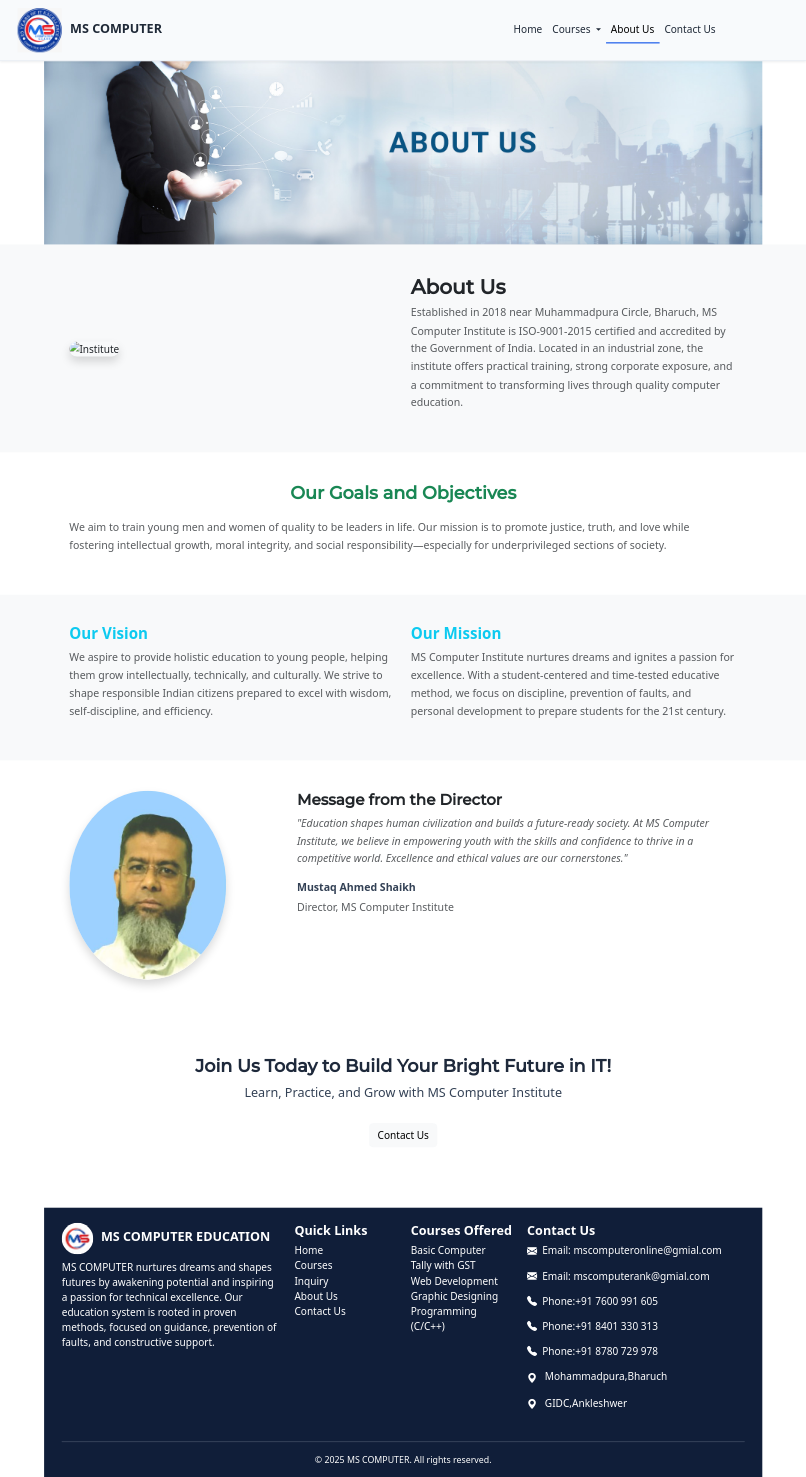
Repository: mscomputer2025/mscomputer
Page: http://localhost/aboutus
These files come from the project's save history. The page is drawn as it stood at one moment and after the next save; the edit follows.
The browser window is 1280 px wide. The pictures show the whole page, at 63% of full size.
Some web fonts or font styles are not loaded; a fallback is used. The page is served by the project's Laravel application, run on PHP 8.4 with Laravel 12. Queries for data that is not in the repository find no rows.

Above is the page before, as saved 2025-07-04 17:48:25.

After the next save:
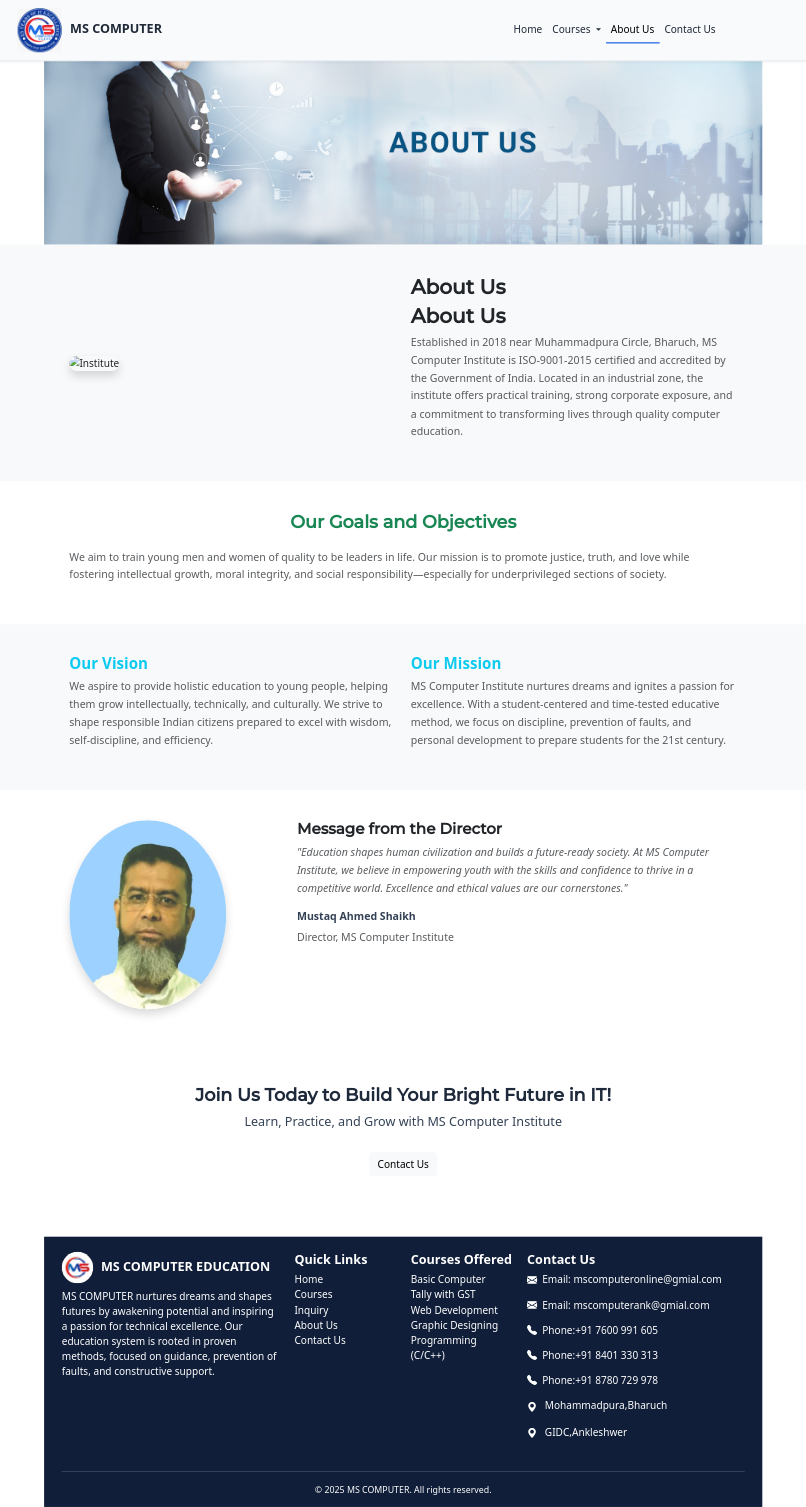
Saved 9 s later.
--- a/resources/views/aboutus.blade.php
+++ b/resources/views/aboutus.blade.php
@@ -18,6 +18,7 @@
                     <img src="{{ asset('images/institute-front.jpg') }}" class="img-fluid rounded-4 shadow" alt="Institute">
                 </div>
                 <div class="col-lg-6">
+                    <h2 class="fw-bold text-dark">About Us </h2>
                     <h2 class="fw-bold text-dark">About Us </h2>
                     <p class="text-muted">Established in 2018 near Muhammadpura Circle, Bharuch, MS Computer Institute is
                         ISO-9001-2015 certified and accredited by the Government of India. Located in an industrial zone,
